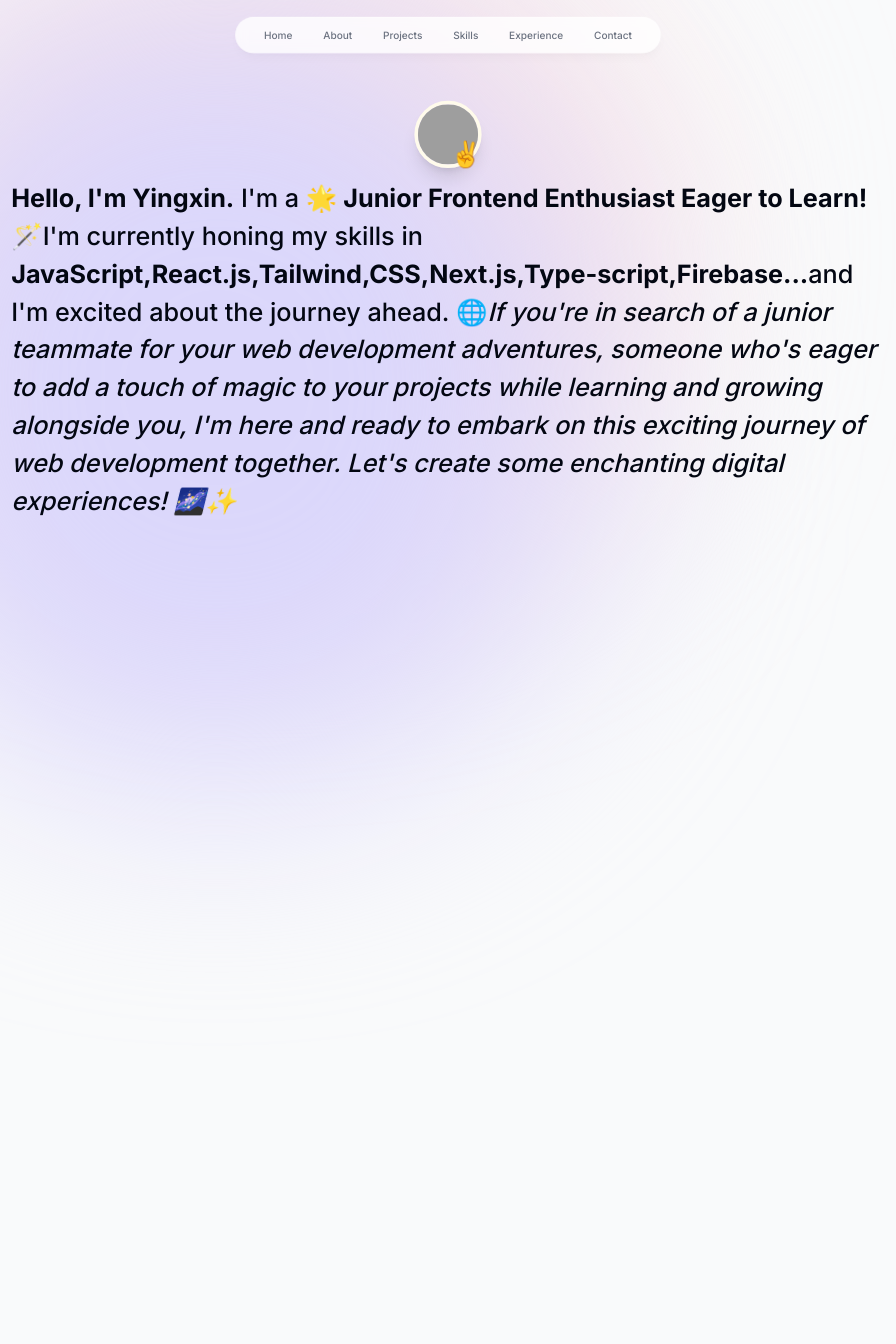
Repository: Tracy-maker/portfolio_website
Page: /
An editor plug-in stored every save of this project. The page is shown before and after the next save, followed by the edit.
The browser window is 1280 px wide. The pictures show the part of the page from y = 0 to 1920 px (the page is 5000 px tall), at 70% of full size.
Pictures or frames that could not be fetched are drawn as grey boxes. The project was rebuilt for these pictures with package versions that can differ from the ones it lists, and the page was loaded fresh each time. The framework's server and built-in components were replaced by stand-ins that run in the browser. Also part of the build but not shown: next.config.js.

Above is the page before, as saved 2023-10-02 17:59:23.

After the next save:
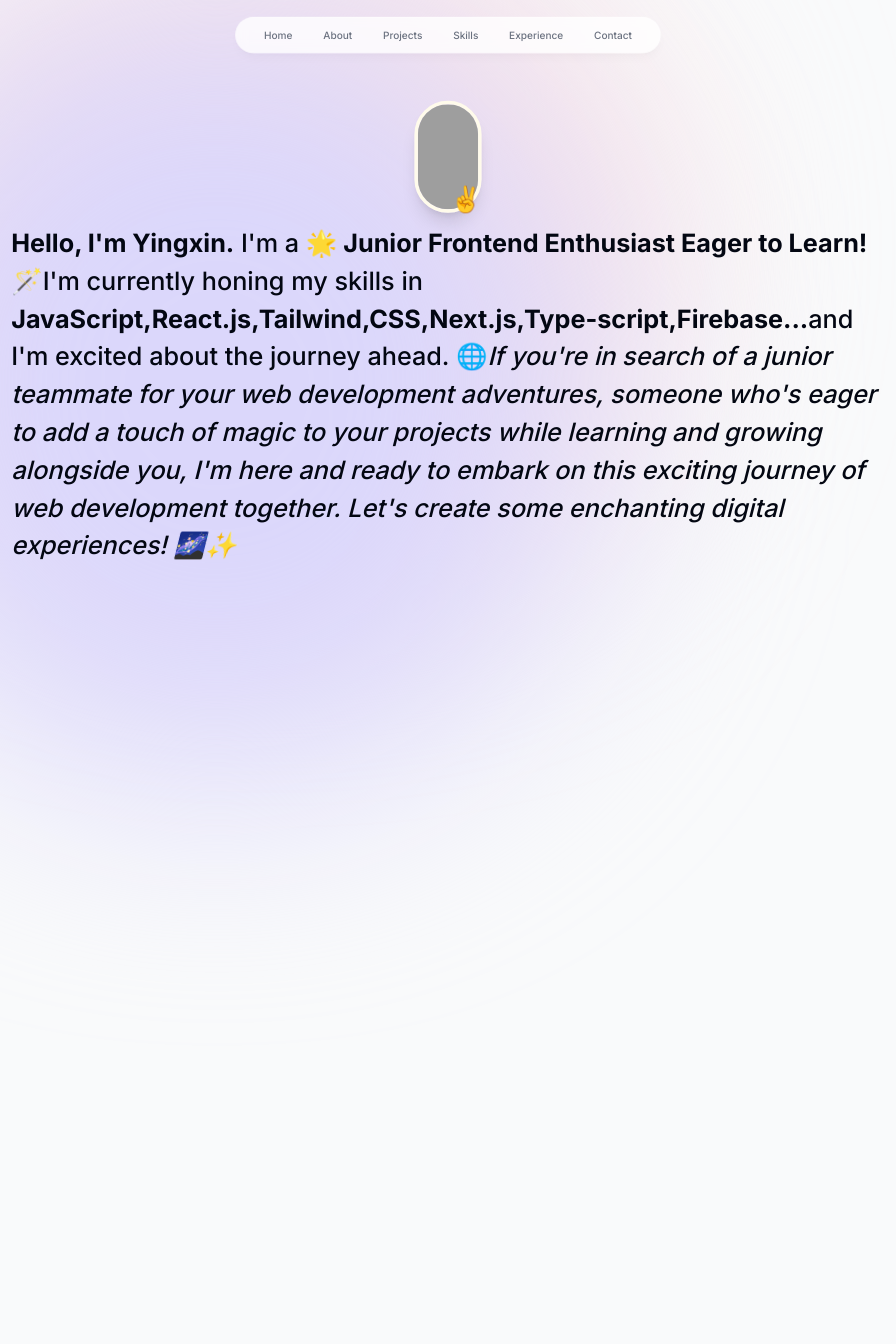
Saved 15 s later.
--- a/components/intro.tsx
+++ b/components/intro.tsx
@@ -24,7 +24,7 @@
               height="300"
               quality="98"
               priority={true}
-              className="h-24 w-24 rounded-full object-cover border-[0.35rem] border-amber-50 shadow-xl"
+              className="h-40 w-24 rounded-full object-cover border-[0.35rem] border-amber-50 shadow-xl"
             />
           </motion.div>
 
